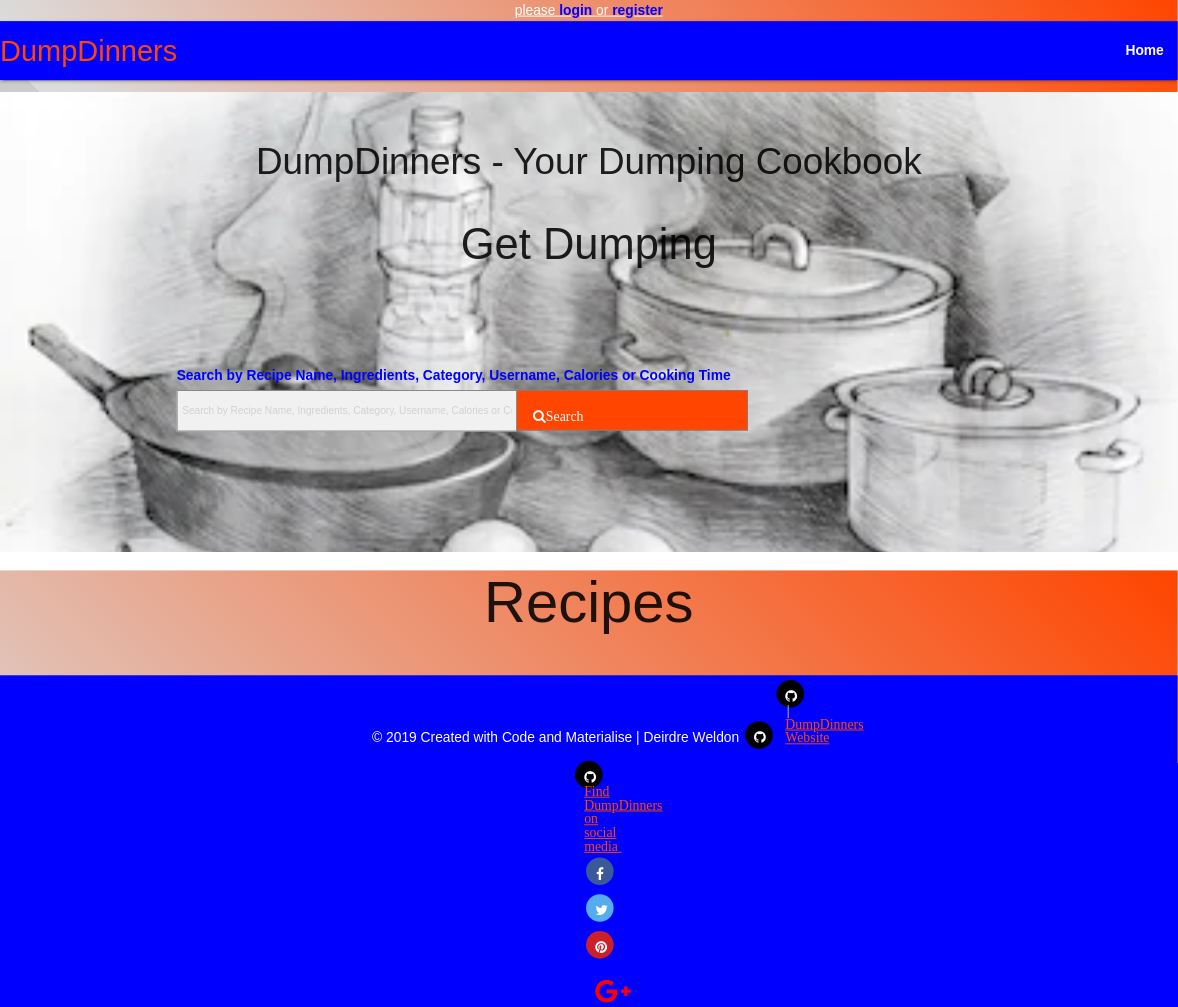
Repository: Deirdre18/dumpdinners-recipe-app
Page: http://localhost/
The author's editor kept a record of every edit. The page is drawn from the files as they stood at one moment, then again after the next edit.
The browser window is 1280 px wide. The pictures show the whole page, at 92% of full size.
Some web libraries are served in a nearby version. The page is served by the project's application, run on Flask 3 (app.py). Queries for data that is not in the repository find no rows.

Above is the page before.

### templates/allrecipes1.html
{% extends "base.html" %} {% block content %}

<h1 class="title">Recipes</h1>
{#{{referred to https://github.com/pierceoneill/code-institute-milestone-project-04/blob/master/templates/recipes.html for recipe-cards code.}}#}



<div id="recipe-cards" class="row">
    {% for recipe in recipes %}
    <div class="col s12 m4 l3 recipe-card" data-date="{{recipe.date_added}}">

        <div class="card-heading">

            <div class="card-title" style="text-align:center">
                <h6><span id="recipe_name" name="recipe_name"><i><strong>{{recipe.recipe_name}}</i></strong></span></h6>

            </div>
        </div>
        <strong>Views:</strong><i class="fa fa-eye" aria-hidden="true" style="color:blue;font-size: 20px">&nbsp{{recipe.views}}</i> <br> <strong>Likes:</strong><i class="fa fa-heart" aria-hidden="true" style="color:red; font-size: 20px">&nbsp{{recipe.likes}}</i><br>
        <strong>Category</strong><i class="fa fa-cutlery"aria-hidden="true" style="color:blue;font-size: 20px"></i> {{recipe.category_name}}


        <div class="card-image">
            <img src="{{recipe.image}}" width="200" height="200" style="margin-top" : 40%;>
        </div>


        <div class="card-body" style="white-space:normal">

            <p id="short_description"></p><strong><em>{{recipe.short_description}}</strong></em>
            </p>

        </div>

        <h6 class="view-and-share"><strong> View and Share!</strong>
        </h6>
        <p class=shares "col s4 m3 l3" style="white-space:normal">

            <i class="fa fa-facebook" aria-hidden="true"></i>
            <i class="fa fa-twitter" aria-hidden="true" style="color: light-blue"></i>
              <i class="fa fa-pinterest" aria-hidden="true"></i>
              <i class="fa fa-google-plus" style="font-size:30px; color:red"></i>
        </p>

        <div class="card-footer" style="white-space:normal">



            <div class="card-action">
                <a href="/recipe/{{ recipe._id }}"> <button class="btn waves-effect waves-light" type="submit" style="background-color:orangered" name="action">See More
                <i class="material-icons right">view_list</i>
             </button></a>
                <br><br><br>

            </div>

        </div>




        <!-- more display -->
    </div>
    {% endfor %} {% endblock %}

### templates/base.html
<!DOCTYPE html>
<html>

<head>
    <!--referred to this link for downloading bootstrap, as well as previous CI tutorials - https://forums.fedoraforum.org/showthread.php?314148-How-to-download-bootstrap-->

    <meta charset="UTF-8">
    <meta name="viewport" content="width=device-width, user-scalable=no, initial-scale=1.0, maximum-scale=1.0, minimum-scale=1.0">
    <meta http-equiv="X-UA-Compatible" content="ie=edge">
    <title>{{ title }} - DumpDinners</title>
    <link href="https://fonts.googleapis.com/icon?family=Material+Icons" rel="stylesheet">
    <link rel="stylesheet" href="https://cdnjs.cloudflare.com/ajax/libs/materialize/0.100.2/css/materialize.min.css">


    <link rel="stylesheet" href="{{url_for('static', filename='styles.css')}}" type="text/css" />


    <!--referred to this for favicon - https://www.flaticon.com/-->

    <link rel="icon" type="image/ico" href="/static/images/favicon.ico" />
    <link rel="stylesheet" href="https://cdnjs.cloudflare.com/ajax/libs/font-awesome/4.7.0/css/font-awesome.min.css">

    <style>
        body {
            font-family: Arial;
        }
        * {
            box-sizing: border-box;
        }
        form.example input[type=text] {
            padding: 5px;
            font-size: 11px;
            border: 1px solid grey;
            float: left;
            width: 4%;
            height: 1%;
            background: #f1f1f1;
        }
        form.example button {
            float: left;
            width: 2%;
            height: 2%;
            padding: 5px;
            background: #2196F3;
            color: white;
            font-size: 11px;
            border: 1px solid grey;
            border-left: none;
            cursor: pointer;
        }
        form.example button:hover {
            background: #0b7dda;
        }
        form.example::after {
            content: "";
            clear: both;
            display: table;
        }
    </style>

 <style>
            .footer {
                margin-top: 1px;
                display: fixed;
                min-height: 3vh;
                flex-direction: column;
                text-align: center;
                background-color: blue;
                color: white;
            }
            main {
                flex: 1 0 auto;
            }
            .container {
                margin-top: 15px;
                margin-bottom: 3px;
            }
        </style>



        <style>
            .fa {
                padding: 10px;
                font-size: 15px;
                width: 30px;
                text-decoration: none;
                margin: 5px 2px;
                border-radius: 50%;
                height: 30px;
            }
            .fa:hover {
                opacity: 0.7;
            }
            .fa-facebook {
                background: #3B5998;
                color: white;
                text-align: center;
            }
            .fa-twitter {
                background: #55ACEE;
                color: white;
                text-align: center;
            }
            .fa-youtube {
                background: #bb0000;
                color: white;
                text-align: center;
            }
            .fa-pinterest {
                background: #cb2027;
                color: white;
                text-align: center;
            }
            .fa-github {
                background: black;
                color: white;
                text-align: center;
                font-size: 15px;
            }
            strong {
                font-weight: bold;
            }
        </style>



</head>

<body>

    <style scoped>
        .pattern {
            min-height: 100px;
        }
        #stripes4 {
            background-image: repeating-linear-gradient(45deg, #ccc, #ccc 30px, #dbdbdb 30px, #dbdbdb 60px, orangered);
        }
    </style>

    <!--to give background gradient color, referred to https://www.quackit.com/css/codes/patterns/css_background_stripes.cfm-->

    <div id="stripes4" class="pattern">


        <!--referred to code from Spence Barribal's github project for username in session below (Student at Code Institute).-->

        {% if 'username' in session %}
        <div class="text-light font-italic bg-dark pt-2 pr-4" style="text-align:center; color:blue"><strong>welcome back, {{ session['username'] }}</strong>
        </div>

        <!--Referred to stack overflow article on centering anchors.-->

        <div class="display:block; text-align: center">
            <a href="{{ url_for('add_recipe') }}" <button class="btn waves-effect waves-light" type="submit" style="background-color:orangered" name="action">Add Recipe
                <i class="material-icons right">playlist_add</i>
             </button></div></a>



            <div class="display:block; text-align: center">
                <a href="{{ url_for( 'logout') }}" style="text-decoration:underline; color:blue; text-align:center,color:blue"><strong>Logout</strong></a>
            </div>

            <div class="display:block; text-align: center">
                <a href="{{ url_for( 'allrecipes') }}" style="text-decoration:underline;color:blue; text-align:center"><strong>Home</strong></a>

            </div>

            {% else %}

            <div class="login" style="text-align:center;text-decoration:underline; color:white">please<a href="{{ url_for('login') }}" style="color:blue"><strong> login</a></strong> or <a href="{{ url_for('register') }}" style="color:blue"><strong> register</strong></a>
            </div>
            {% endif %}

            <nav>
                <div class="nav-wrapper">
                    <a class="brand-logo" style="color:orangered">DumpDinners</a>
                    <a href="#" data-activates="mobile-demo" class="button-collapse"><i class="material-icons">menu</i></a>
                    <ul id="nav-mobile" class="right hide-on-med-and-down">

                        {% if 'username' not in session %}

                        <li class="nav-item">
                            <a href="{{ url_for('index') }}" style="color:white"><strong>Home</a></strong>
                        </li>


                        {% endif %}

                    </ul>
                </div>

            </nav>
            <!--referred to https://www.w3schools.com/howto/howto_css_search_button.asp-->

            {% if 'username' in session %}
            <ul class="sidenav" id="mobile-demo">
                <li class="nav-item">
                    <a href="{{ url_for('allrecipes') }}" style="color:orangered;text-decoration:underline"><strong>Home</strong></a>
                </li>
                {% endif %}


            </ul>
        </div>

        <div id="index-banner" class="parallax-container">
            <div class="section no-pad-bot">
                <div class="container">

                    <div class="parallax">
                        <img src="{{ url_for('static', filename='uploads/' + 'still-life.jpg') }}">
                    </div>

                    <h2 class="header center" class="header"><small>DumpDinners - Your Dumping Cookbook</small></h2>

                    <h1 class="header center" class="header"><small>Get Dumping</small></h1>
                    <br><br><br>


                    <!--/*referred to https://www.w3schools.com/howto/howto_css_search_button.asp*/-->

                    <div class="search-container">

                         <h6 class="lead-search" style="color:blue; text-align:left"><strong>Search by Recipe Name, Ingredients, Category, Username, Calories or Cooking Time</strong></h6>


                         <form class="example" action="{{ url_for('search') }}">
                            <input type="text" placeholder="Search by Recipe Name, Ingredients, Category, Username, Calories or Cooking Time..." required name="query" style="margin-top:1px; width:40%; height:3em !important" style="color:black">
                            <div id="search">
                                <button type="submit" style="margin-top:1px; width:28%; height:4em !important; background-color:orangered"><i class="fa fa-search" style="font-size:15px;float:left">Search</i></button>
                            </div>

                            </form>

                    </div>


                </div>
            </div>

            <!--Referred to this link for adding photos dynamically. https://stackoverflow.com/questions/40877272/jinja2-not-displaying-the-images-->


        </div>

        <div id="stripes4" class="pattern">
            {% block content %}{% endblock %}
        </div>

        <script src="https://ajax.googleapis.com/ajax/libs/jquery/3.4.1/jquery.min.js"></script>
        <script src="https://cdnjs.cloudflare.com/ajax/libs/jquery/3.2.1/jquery.min.js"></script>
        <script src="https://cdnjs.cloudflare.com/ajax/libs/materialize/0.100.2/js/materialize.min.js"></script>


        <script type="text/javascript">
            $(document).ready(function() {
                $(".button-collapse").sideNav();
            });
        </script>

        <script type="text/javascript">
            $('.datepicker').pickadate({
                selectMonths: true, // Creates a dropdown to control month
                selectYears: 15, // Creates a dropdown of 15 years to control year,
                today: 'Today',
                clear: 'Clear',
                close: 'Ok',
                closeOnSelect: false // Close upon selecting a date,
            });
        </script>


        <script>
            $(document).ready(function() {
                $('.parallax').parallax();
            });
        </script>

        <!-- jquery to activate buttons -->

        <script type="text/javascript">
            $(document).ready(function() {
                $('.collapsible').collapsible();
                $('select').material_select();
            });
        </script>


        <!--// to create footer referred to https://www.w3schools.com/howto/tryit.asp?filename=tryhow_css_fixed_footer. For flexible footer referred to https://materializecss.com/footer.html // decided to make footer fixed rather than flexible-->



        <div class="footer">

            <div class="container">
                <!--created blank spaces, referred to https://www.computerhope.com/jargon/n/nbsp.htm-->
                © 2019 Created with Code and Materialise&nbsp| Deirdre Weldon <a href="https://github.com/"> <i class="fa fa-github"></a> |&nbsp
                <a href="https://dumpdinners-recipe-app.herokuapp.com/" style="color:orangered; text-decoration: underline">DumpDinners Website
        </div>

        <!--for social media icons and styles referred to https://www.w3schools.com/howto/howto_css_social_media_buttons.asp    -->



        <!-- Add font awesome icons -->
        Find DumpDinners on social media&nbsp
        <a href="https://www.facebook.com/" class="fa fa-facebook"></a>
        <a href="https://www.twitter.com/" class="fa fa-twitter"></a>
        <a href="https://www.pinterest.com/" class="fa fa-pinterest"></a>
        <a href="https://plus.google.com/" <i class="fa fa-google-plus" style="font-size:30px; color:red"></i></a>


            </div>
</body>

</html>

### app.py
import os
import re
from flask import Flask, render_template, redirect, request, url_for, session, flash
import json
from flask_pymongo import PyMongo
import pymongo
from pymongo import MongoClient
from bson.objectid import ObjectId


from werkzeug.security import generate_password_hash, check_password_hash


app = Flask(__name__)

app.secret_key = "randomstring123"



if app.config['DEBUG'] == True:
    from config import dbconfig
    app.config["MONGO_DBNAME"] = 'dumpdinners'
    app.config["MONGO_URI"] = dbconfig()
else:
    app.config['MONGO_URI'] = os.environ.get("MONGO_URI")
    app.config['MONGO_DBNAME'] = os.environ.get("MONGO_DBNAME")

mongo = PyMongo(app)


@app.route('/')
@app.route('/index')
def index():
    """Home page the gets 4 recipes from DB that have been viewed the most"""
    four_recipes = mongo.db.recipes.find().limit(4)
    return render_template('allrecipes1.html', recipes=four_recipes)

@app.route('/allrecipes')
def allrecipes():
    recipes = mongo.db.recipes.find()
    return render_template('allrecipes.html', recipes=recipes)

@app.route('/allrecipes1')
def allrecipes1():
    recipes = mongo.db.recipes.find()
    four_recipes = mongo.db.recipes.find().limit(4)
    return render_template('allrecipes1.html', recipes=four_recipes)

@app.route('/add_recipe')
def add_recipe():
    recipes = mongo.db.recipes.find()
    return render_template('addrecipe.html',
        recipes=mongo.db.categories.find())



@app.route('/insert_recipe', methods=['POST'])
def insert_recipe():
    recipes = mongo.db.recipes
    recipes.insert_one(request.form.to_dict())
    flash ("Thank you, your recipe has been inserted!")
    return render_template('recipe.html', recipe=recipe)




@app.route('/edit_recipe/<recipe_id>', methods=['GET', 'POST'])
def edit_recipe(recipe_id):
    """Allows logged in user to edit their own recipes"""
    recipe_db = mongo.db.recipes.find_one_or_404({'_id': ObjectId(recipe_id)})
    all_categories =  mongo.db.categories.find()
    if request.method == 'GET':

        return render_template('editrecipe.html', recipe=recipe_db, categories=all_categories)


# referred to this article for advice on 'views' - https://stackoverflow.com/questions/5782311/mongodb-inc-embedded-value-syntax

@app.route('/update_recipe/<recipe_id>', methods=["POST"])
def update_recipe(recipe_id):
    recipes = mongo.db.recipes
    recipes.update( {'_id': ObjectId(recipe_id)},
    {
        '$set': {

        'recipe_name':request.form.get('recipe_name'),
        'ingredients':request.form.get('ingredients'),
        'image': request.form.get('image'),
        'category_name': request.form.get('category_name'),
        'username': request.form.get('username'),
        'methods': request.form.get('methods'),
        'short_description': request.form.get('short_description'),
        'date_added': request.form.get('date_added'),
        'is_vegetarian': request.form.get('is_vegetarian'),
        'views':1,
        'likes':1

        }
    })
    return redirect(url_for('allrecipes'))




@app.route('/delete_recipe/<recipe_id>')
def delete_recipe(recipe_id):
    mongo.db.recipes.remove({'_id': ObjectId(recipe_id)})
    return redirect(url_for('allrecipes'))

@app.route('/search')
def search():
    """Provides logic for search bar"""
    orig_query = request.args['query']
    # using regular expression setting option for any case
    query = {'$regex': re.compile('.*{}.*'.format(orig_query)), '$options': 'i'}
    # find instances of the entered word in title, tags or ingredients
    results = mongo.db.recipes.find({
        '$or': [
            {'recipe_name': query},
            {'ingredients': query},
            {'recipe_name': query},
            {'category_name': query},
            {'calories': query},
            {'cooking_time': query}
        ]
    })
    return render_template('search.html', query=orig_query, results=results)


@app.route('/recipe/<recipe_id>')
def recipe(recipe_id):

    """Shows full recipe and increments view"""
    mongo.db.recipes.find_one_and_update(
        {'_id': ObjectId(recipe_id)},
        { '$inc': { 'views': 1}}



    )
    recipe_db = mongo.db.recipes.find_one_or_404({'_id': ObjectId(recipe_id)})
    return render_template('recipe.html', recipe=recipe_db)

# routing for likes

@app.route('/likes/<recipe_id>')
def likes(recipe_id):

    """Shows full recipe and increments view"""
    mongo.db.recipes.find_one_and_update(
        {'_id': ObjectId(recipe_id)},
        { '$inc': { 'likes': 1}}



    )
    recipe_db = mongo.db.recipes.find_one_or_404({'_id': ObjectId(recipe_id)})
    return redirect(url_for('allrecipes1'))

#Copied routing for login from Deborah Thompson, student at Code Institute for login routing - #https://github.com/debbiect246/recipe-app#


@app.route('/login', methods=["GET","POST"])
def login():
    if request.method == 'POST':
        login_user = mongo.db.register.find_one({'username': request.form['username']})
        form = request.form
        if login_user:
            if(form["password"] == login_user["password"]): # if password correct
                session['username'] = login_user["username"]
                return redirect(url_for('allrecipes',register_id = login_user["_id"]))
            else: # and if password is not correct
               flash("Incorrect password, please try again or register")
        else:# if user does not exist
            flash("User does not exist")
            return redirect(url_for('register'))
    return render_template('login.html')


#Copied routing for register from Deborah Thompson, student at Code Institute for login routing - #https://github.com/debbiect246/recipe-app#

@app.route('/register', methods=['POST','GET'])
def register():
    if request.method == 'POST':
        register = mongo.db.register
        register_id = register.insert_one(request.form.to_dict())
        # print(register)
        object_id = register_id.inserted_id
        flash("Thank you for registering, please login to view more recipes and add your own!")
        return redirect(url_for('login'))
    return render_template('register.html')




#Copied routing for allrecipeslist from Deborah Thompson, student at Code Institute for login routing - #https://github.com/debbiect246/recipe-app#


@app.route('/logout')
def logout():
    """Clears session and redirects to home"""

    session.clear()
    flash ("Thank you, hope to see you again soon!")
    return redirect(url_for('login'))




if __name__ == '__main__':
    app.run(host=os.environ.get('IP'),
        port=int(os.environ.get('PORT')))

### static/styles.css
.card-body {
    width: 75%;
    margin-left: 0;
    left: auto;
    right: auto;
    white-space: pre-wrap;
}

#search [type="search"] [name="query"]
{
     height: 30px;
     width: 50px;
}


h3 {margin-top: 10%}

.main { margin-top: 20px;}

.card-image {width:25%;}

h5 .lead-search {margin-bottom: 0}

p .heading {margin-top: 30%;}


.card-image {white-space: pre-wrap;
            margin-bottom: -80px;
}


h1 {text-align: center;
    margin-top: 20px;

}

p {margin-top: 20%;}



.nav-wrapper {background-color: blue;}

#Add {color: indigo;
}

#View {color: indigo;
}

.brand-logo{text-align:left;}

.btn_small {
    height: 24px;
    width: 60px;
    line-height: 24px;
    margin: 5px 5px;
    padding: 0 0.5em;
}

After the next edit:
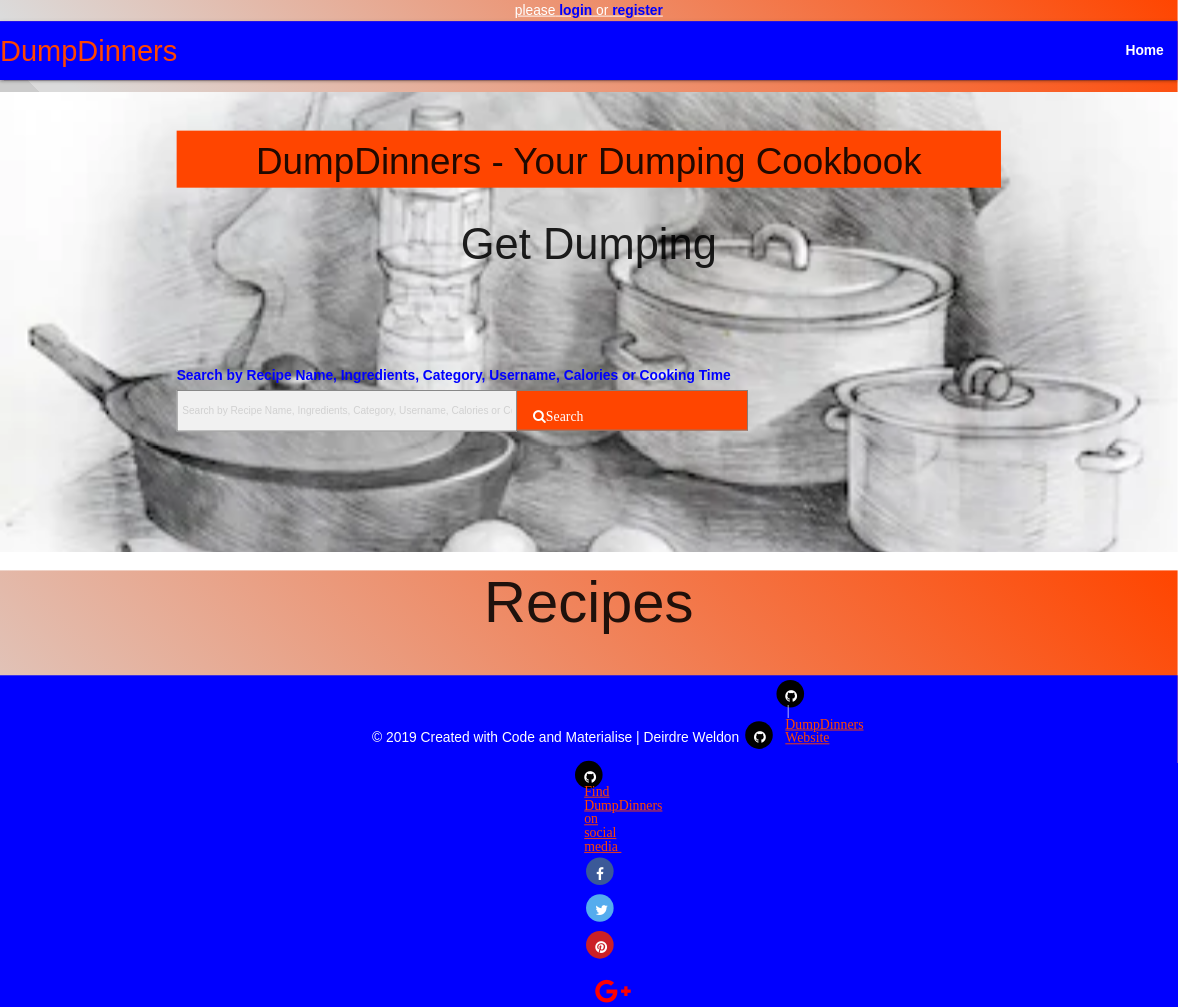
The edit:
--- a/templates/base.html
+++ b/templates/base.html
@@ -213,7 +213,7 @@
                         <img src="{{ url_for('static', filename='uploads/' + 'still-life.jpg') }}">
                     </div>
 
-                    <h2 class="header center" class="header"><small>DumpDinners - Your Dumping Cookbook</small></h2>
+                    <h2 class="header center" style="background-color:orangered" class="header"><small>DumpDinners - Your Dumping Cookbook</small></h2>
 
                     <h1 class="header center" class="header"><small>Get Dumping</small></h1>
                     <br><br><br>
